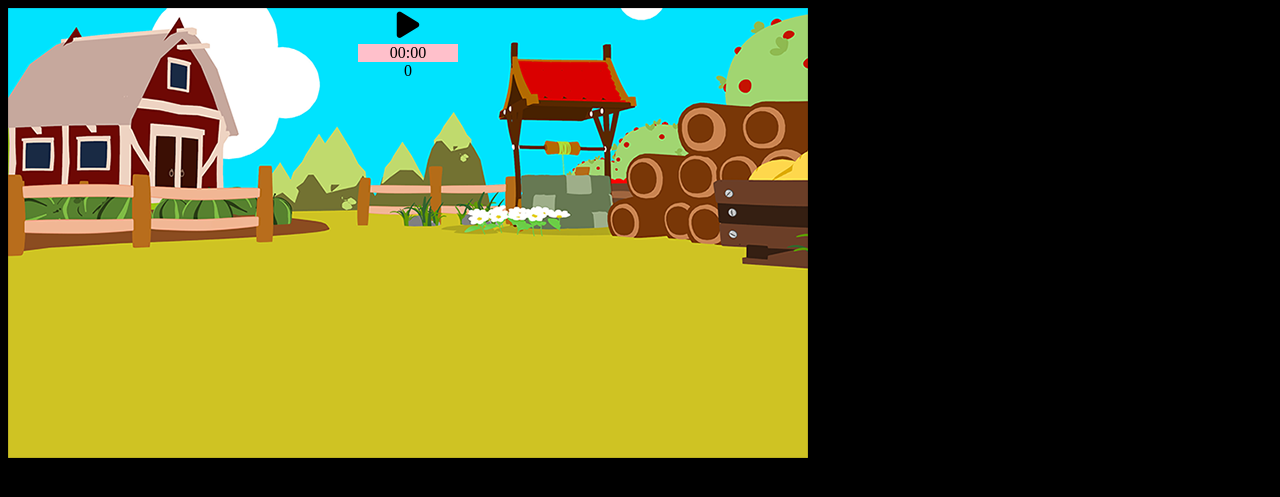
Repository: rladpwl0512/dreamcoding_browser101
Page: (7) catch-carrot-game/catch carrot/index.html
An editor plug-in stored every save of this project. The page is shown before and after the next save, followed by the edit.
The browser window is 1280 px wide. The pictures show the whole page.
Some web libraries are served in a nearby version.

Above is the page before, as saved 2021-10-06 19:30:41.

### (7) catch-carrot-game/catch carrot/index.html
<!DOCTYPE html>
<html lang="en">
<head>
  <meta charset="UTF-8">
  <meta http-equiv="X-UA-Compatible" content="IE=edge">
  <meta name="viewport" content="width=device-width, initial-scale=1.0">
  <link rel="stylesheet" href="./style.css">
  <script src="./main.js" defer></script>
  <script src="https://kit.fontawesome.com/d1f0f5669b.js" crossorigin="anonymous"></script>
  <title>🥕catch carrot</title>
</head>
<body>
  <div class="background">
    <button class="btn">
      <i class="fas fa-play"></i>
      <!-- <i class="fas fa-pause"></i> -->
      <span class="blind">start or pause button</span>
    </button>
    <div class="timer">00:00</div>
    <div class="count">0</div>
  </div>
</body>
</html>

### (7) catch-carrot-game/catch carrot/style.css
@charset "UTF-8";

body {
  background-color: black;
  text-align: center;
}

button {
  background: transparent;
  box-shadow: 0px 0px 0px transparent;
  border: 0px solid transparent;
  text-shadow: 0px 0px 0px transparent;
  cursor: pointer;
}

.background {
  background-image: url(./img/background.png);
  background-repeat: no-repeat;
  width: 800px;
  height: 450px;
}

.btn {
  display: block;
  margin: 0 auto;
  font-size: 30px;
}

.timer {
  width: 100px;
  background-color: pink;
  margin: 0 auto;
}
.count {

}

.blind {
  position: absolute;
  width: 1px;
  height: 1px;
  clip: rect(0 0 0 0);
  margin: -1px;
  overflow: hidden;
}

Loaded but not shown: (7) catch-carrot-game/catch carrot/main.js (no stored copy; drawn as an empty file)

After the next save:
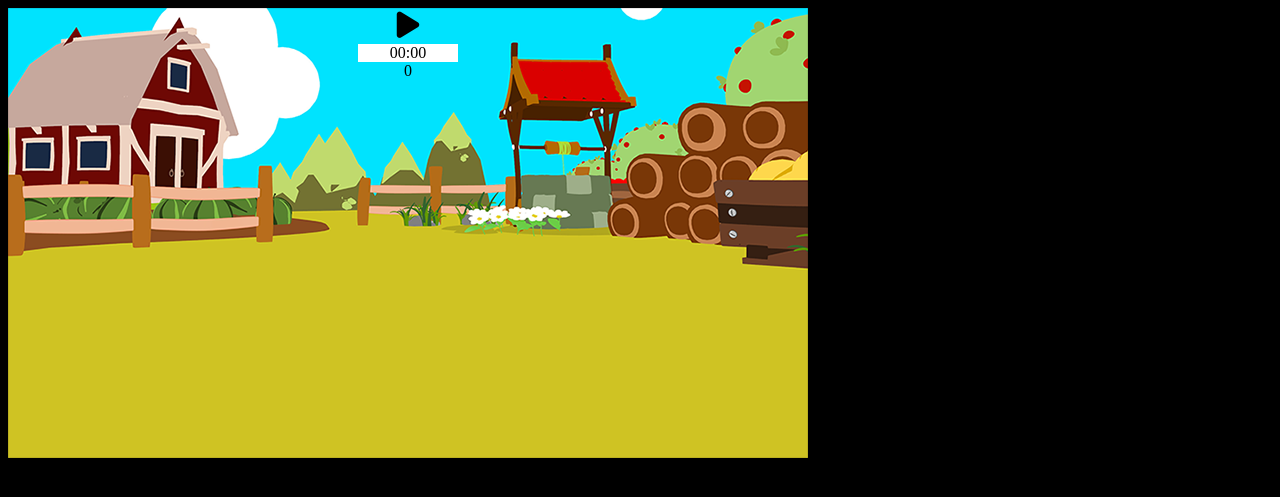
Saved 6 s later.
--- a/(7) catch-carrot-game/catch carrot/style.css
+++ b/(7) catch-carrot-game/catch carrot/style.css
@@ -28,7 +28,7 @@ button {
 
 .timer {
   width: 100px;
-  background-color: pink;
+  background-color: white;
   margin: 0 auto;
 }
 .count {
